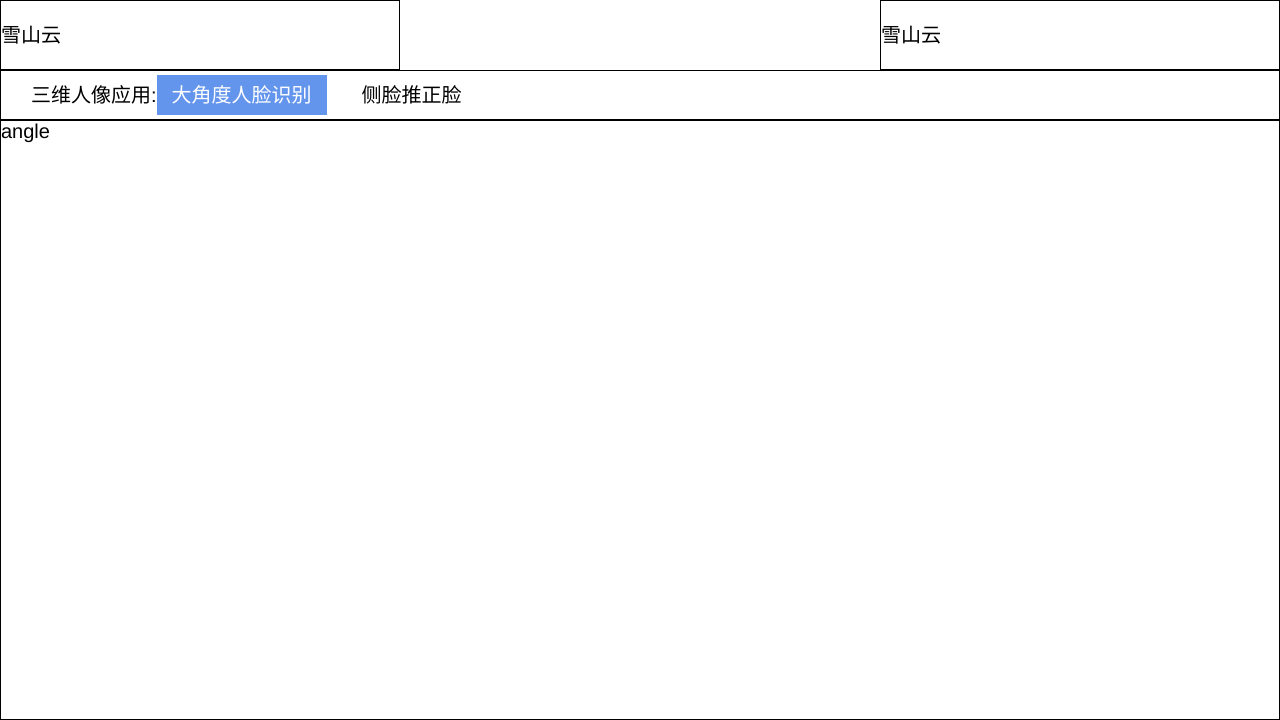
Repository: fyt2020/pubilcDemlo
Page: /
An editor plug-in stored every save of this project. The page is shown before and after the next save, followed by the edit.
The browser window is 1280 px wide. The pictures show the whole page.
The project was rebuilt for these pictures with package versions that can differ from the ones it lists, and the page was loaded fresh each time.

Above is the page before, as saved 2020-04-27 12:15:41.

### index.html
<!DOCTYPE html>
<html>
  <head>
    <meta charset="utf-8">
    <meta name="viewport" content="width=device-width,initial-scale=1.0">
    <title>pubilcdemo</title>
    <script src="./static/config.js"></script>
    <script src="./static/main.js"></script>
  </head>
  <body>
    <div id="app"></div>
    <!-- built files will be auto injected -->
  </body>
</html>

### src/main.js
// The Vue build version to load with the `import` command
// (runtime-only or standalone) has been set in webpack.base.conf with an alias.
import Vue from 'vue'
import App from './App'
import router from './router'
import '@/assets/css/reset.css'
import axios from '@/plugins/axios';

Vue.config.productionTip = false
Vue.prototype.$http = axios;
/* eslint-disable no-new */
new Vue({
  el: '#app',
  router,
  components: { App },
  template: '<App/>'
})

### src/router/index.js
import Vue from 'vue'
import Router from 'vue-router'
import Home from '@/pages/Home'

Vue.use(Router)

export default new Router({
  linkExactActiveClass: "exactActive",
  linkActivesClass: "active",
  routes: [
    {
      path: '/',
      name: 'home',
      component: Home,
      meta:{
        needTooken:false
      },
      redirect:'/bigAngle',
      children:[
        {
          path: 'bigAngle',
          name: 'bigAngle',
          component: () => import("@/pages/bigAngle"),
          meta:{
            needTooken:false
          },

        },
        {
          path: 'face',
          name: 'face',
          component: () => import("@/pages/face"),
          meta:{
            needTooken:false
          },

        }

      ]
    }
  ]
})

### src/assets/css/reset.css
@charset "UTF-8";
/**
 * @desc pc端常用reset.css
 * @author archer
 * @date 2018-08-26
 */
html,body,div,p,ul,li,dl,dt,dd,em,i,span,a,img,input,h1,h2,h3,h4,h5,nav,section,footer,header,table,tr,th,td,ul,li{margin:0;padding:0;box-sizing: border-box;}
h1,h2,h3,h4,h5,h6{font-weight:normal}
i,em,b{font-style:normal}
article,aside,details,figcaption,figure,footer,header,menu,nav,section {display: block;}
a,img,input {border:none;}
a {text-decoration:none;}
a:hover, a:active {outline: none;}
ul,li{list-style: none}
button,input,select,textarea{font-size:100%;outline:none}
table{border-collapse:collapse;border-spacing:0}
html, body {width: 100%;height: 100%;}
body{font-family:"Helvetica Neue",Helvetica, Arial,sans-serif; font-size: 14px;line-height:1}

### src/pages/Home.vue
<template>
  <div class="home">
     <!-- vue -->

      <div class="header">

           <div class="header__left">
                <img src="" alt="">
                <span>雪山云</span>
           </div>
           <div class="header__right">
                <span>雪山云</span>
           </div>
      </div>
      <div class="navigation">
            <span>三维人像应用:</span>
            <router-link tag="li" :to="{name:'bigAngle'}" class="navigation__item">大角度人脸识别</router-link>
            <router-link tag="li" :to="{name:'face'}" class="navigation__item">侧脸推正脸</router-link>
      </div>

      <div class="content">
              <router-view />
      </div>

  </div>
</template>

<script>
export default {
  data() {
    return {};
  },
  computed: {},
  created() {

  },
  mounted() {

  },
  methods: {

  },
  components: {}
};
</script>

<style lang="scss" scoped>
@import "@/assets/css/home.scss";
</style>

### src/pages/bigAngle.vue
<template>
    <div>
        angle
    </div>
</template>

<script>
export default {
    props: {

    },
    data() {
        return {

        };
    },
    computed: {

    },
    created() {

    },
    mounted() {

    },
    watch: {

    },
    methods: {

    },
    components: {

    },
};
</script>

<style scoped lang="scss">

</style>

### src/assets/css/home.scss
.home{
    font-size: 20px;
    width: 100vw;
    height: 100vh;
    // background-color: #000;
    .header{

        width: 100%;
        height: 70px;
        // border: 1px solid black;
        display: flex;
        align-items: center;
        justify-content: space-between;
        .header__left{
            height: 100%;
            border: 1px solid black;
            width: 400px;
            display: flex;
            align-items: center;
        }
        .header__right{
            height: 100%;
            width: 400px;
            border: 1px solid black;
            display: flex;
            align-items: center;
        }
    }
    .navigation{
        width: 100%;
        height: 50px;
        border: 1px solid black;
        display: flex;
        align-items: center;
        box-sizing: border-box;
        padding: 0 30px;
        &__item{

            height: 40px;
            line-height: 40px;
            box-sizing: border-box;
            padding: 0 15px;
            margin-right: 20px;
        }
        &__item.exactActive{
             display: flex;


             background-color: cornflowerblue;
             color: #fff;
        }
    }
    .content{
        height: calc(100% - 120px);
        width: 100%;
        border: 1px solid black;
    }
}

### static/config.js
window.BASEURL = {
};

Loaded but not shown: src/App.vue (common file); src/plugins/axios.js (library)

After the next save:
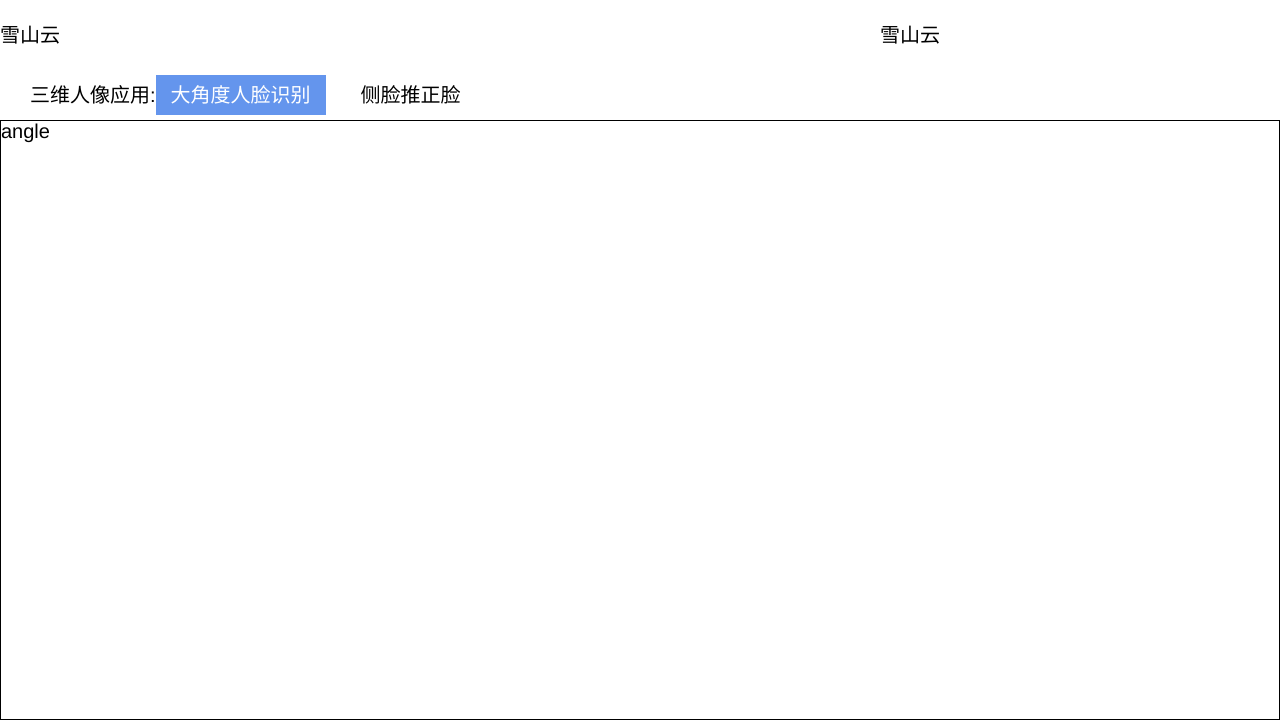
Saved 15 s later.
--- a/src/assets/css/home.scss
+++ b/src/assets/css/home.scss
@@ -13,7 +13,6 @@
         justify-content: space-between;
         .header__left{
             height: 100%;
-            border: 1px solid black;
             width: 400px;
             display: flex;
             align-items: center;
@@ -21,7 +20,6 @@
         .header__right{
             height: 100%;
             width: 400px;
-            border: 1px solid black;
             display: flex;
             align-items: center;
         }
@@ -29,7 +27,6 @@
     .navigation{
         width: 100%;
         height: 50px;
-        border: 1px solid black;
         display: flex;
         align-items: center;
         box-sizing: border-box;
